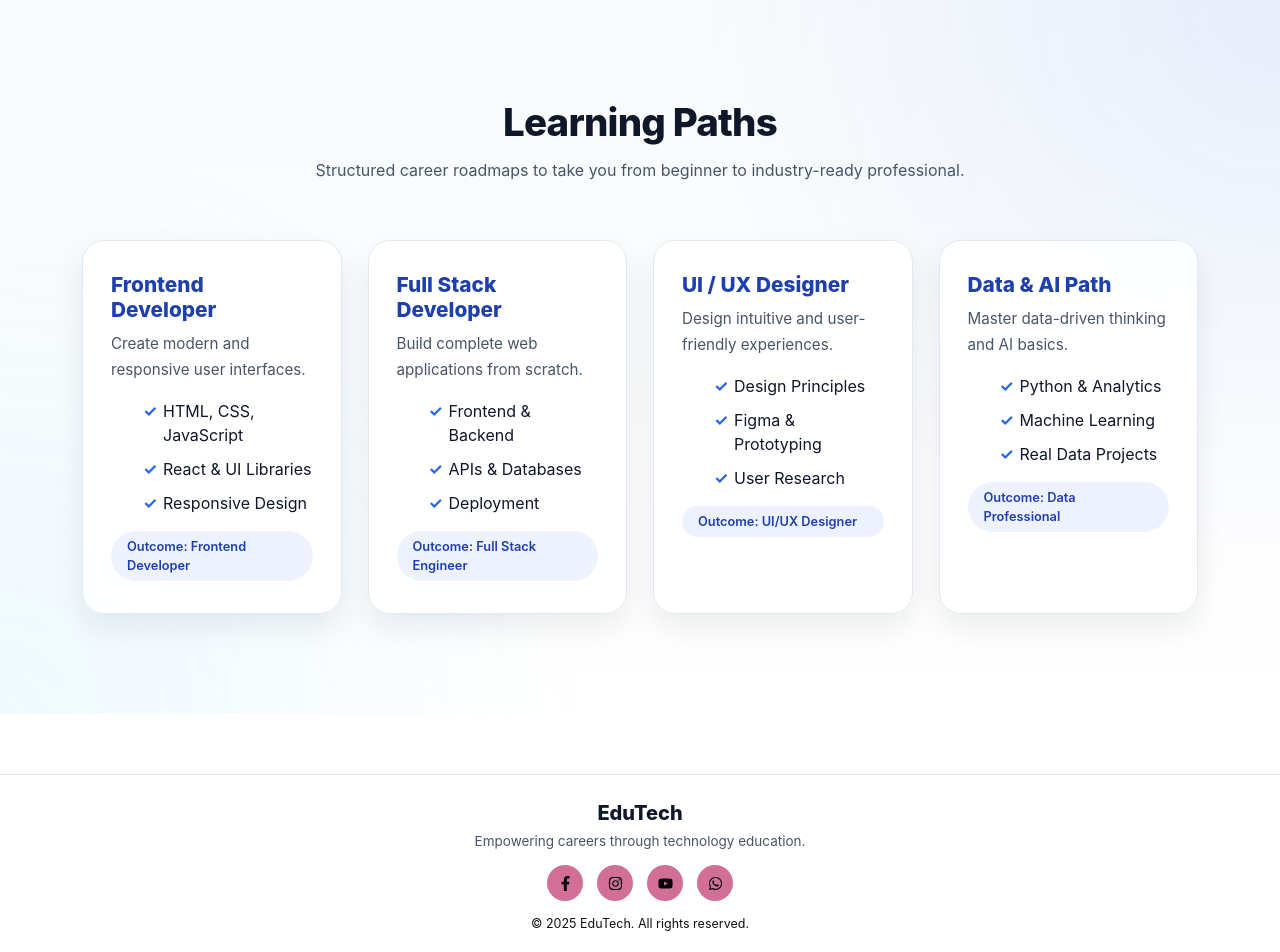
Repository: Aswin74k/project-2
Page: /
An editor plug-in stored every save of this project. The page is shown before and after the next save, followed by the edit.
The browser window is 1280 px wide. The pictures show the part of the page from y = 2045 to 2997 px (the page is 2997 px tall).
The project was rebuilt for these pictures with package versions that can differ from the ones it lists, and the page was loaded fresh each time. Also part of the build but not shown: vite.config.js, src/project/course.css, src/project/Course.jsx, src/project/About.css, src/project/About.jsx, src/project/Enroll.css, src/project/Enroll.jsx, src/project/contact.css and 2 more.

Above is the page before, as saved 2025-12-25 19:46:53.

### src/main.jsx
import React from "react";
import ReactDOM from "react-dom/client";
import { BrowserRouter } from "react-router-dom";
import App from "./project/App";
import { AuthProvider } from "./context/AuthContext"; // ✅ ADD THIS
import "bootstrap/dist/css/bootstrap.min.css";

ReactDOM.createRoot(document.getElementById("root")).render(
  <React.StrictMode>
    <BrowserRouter>
      <AuthProvider>
        <App />
      </AuthProvider>
    </BrowserRouter>
  </React.StrictMode>
);

### src/project/App.jsx
import React from "react";
import { Routes, Route } from "react-router-dom";

import EduNavbar from "./EduNavbar";
import Home from "./Home";
import Course from "./Course";
import About from "./About";
import Enroll from "./Enroll";
import Contact from "./Contact";
import ProtectedRoute from "./ProtectedRoute";

export default function App() {
  return (
    <>
      <EduNavbar />

      <Routes>
        <Route path="/" element={<Home />} />
        <Route path="/courses/:id" element={<Course />} />
        <Route path="/about" element={<About />} />
        <Route path="/Contact" element={<Contact />} />


        <Route
          path="/enroll"
          element={
            <ProtectedRoute>
              <Enroll />
            </ProtectedRoute>
          }
        />
      </Routes>

    </>
  );
}

### src/context/AuthContext.jsx
import { createContext, useContext, useState, useEffect } from "react";

const AuthContext = createContext();

export function AuthProvider({ children }) {
  const [user, setUser] = useState(null);
  const [loading, setLoading] = useState(true);

  useEffect(() => {
    const savedUser = JSON.parse(
      localStorage.getItem("loggedInUser")
    );
    if (savedUser) setUser(savedUser);
    setLoading(false);
  }, []);

  const login = (email, password) => {
    const users =
      JSON.parse(localStorage.getItem("registeredUsers")) || [];

    const foundUser = users.find(
      (u) => u.email === email && u.password === password
    );

    if (!foundUser) {
      return { success: false, message: "Invalid email or password" };
    }

    localStorage.setItem(
      "loggedInUser",
      JSON.stringify(foundUser)
    );
    setUser(foundUser);

    return {
      success: true,
      message: `Welcome back, ${foundUser.firstName}`,
    };
  };

  const signup = (data) => {
    const users =
      JSON.parse(localStorage.getItem("registeredUsers")) || [];

    if (users.some((u) => u.email === data.email)) {
      return {
        success: false,
        message: "User already exists with this email!",
      };
    }

    users.push(data);
    localStorage.setItem(
      "registeredUsers",
      JSON.stringify(users)
    );

    localStorage.setItem(
      "loggedInUser",
      JSON.stringify(data)
    );
    setUser(data);

    return {
      success: true,
      message: "Account created successfully",
    };
  };

  const logout = () => {
    localStorage.removeItem("loggedInUser");
    setUser(null);
  };

  return (
    <AuthContext.Provider
      value={{ user, login, signup, logout, loading }}
    >
      {children}
    </AuthContext.Provider>
  );
}

export const useAuth = () => useContext(AuthContext);

### src/project/Home.jsx
import React from "react";
import { Container, Row, Col, Card } from "react-bootstrap";
import { Link } from "react-router-dom";
import {
  FaGraduationCap,
  FaUsers,
  FaChalkboardTeacher,
  FaBriefcase,
  FaStar,
  FaFacebookF,
  FaInstagram,
  FaYoutube,
  FaWhatsapp
} from "react-icons/fa";
import "./Home.css";

export default function Home() {
  const courses = [
    {
      id: "fullstack",
      title: "Full Stack Development",
      level: "Beginner",
      duration: "6 Months",
      rating: "4.8",
      img: "https://encrypted-tbn0.gstatic.com/images?q=tbn:ANd9GcQPaNXGBezXv5c0v_XSQ6pqOScRBb2ShM3IWg&s",
    },
    {
      id: "mern",
      title: "MERN Stack Development",
      level: "Intermediate",
      duration: "5 Months",
      rating: "4.7",
      img: "https://images.prismic.io/loco-blogs/79328284-f97b-489f-924c-eb3b17e34b56_image2.png",
    },
    {
      id: "uiux",
      title: "UI / UX Design",
      level: "Beginner",
      duration: "4 Months",
      rating: "4.6",
      img: "https://www.almondsolutions.com/images/blog-ui-ux-150223.jpg",
    },
    {
      id: "datascience",
      title: "Data Science",
      level: "Advanced",
      duration: "6 Months",
      rating: "4.9",
      img: "https://bernardmarr.com/wp-content/uploads/2022/11/The-Top-5-Data-Science-And-Analytics-Trends-In-2023.jpg",
    },
    {
      id: "dataanalytics",
      title: "Data Analytics",
      level: "Beginner",
      duration: "4 Months",
      rating: "4.6",
      img: "https://blog.herzing.ca/hubfs/data%20analytics.jpg",
    },
    {
      id: "aiml",
      title: "AI & Machine Learning",
      level: "Advanced",
      duration: "6 Months",
      rating: "4.9",
      img: "https://www.jellyfishtechnologies.com/wp-content/uploads/2021/10/Artificial-Intelligence-versus-Machine-Learning.png",
    },
    {
      id: "cloud",
      title: "Cloud Computing",
      level: "Intermediate",
      duration: "4 Months",
      rating: "4.7",
      img: "https://bernardmarr.com/img/The%205%20Biggest%20Cloud%20Computing%20Trends%20In%202021.jpg",
    },
    {
      id: "devops",
      title: "DevOps Engineering",
      level: "Advanced",
      duration: "5 Months",
      rating: "4.8",
      img: "https://www.itrainu.in/wp-content/uploads/2021/03/DEVOPS-1.jpg",
    },
  ];

  return (
    <div className="home">

      {/* HERO */}
      <section className="hero-section">
        <Container>
          <div className="hero-content">
            <h1>
              Learn Future-Ready Skills with <span>EduTech</span>
            </h1>
            <p>
              Industry-aligned courses, real-world projects, and expert mentors
              to accelerate your career.
            </p>

            <div className="hero-actions">
              <Link to="/about" className="btn btn-outline-light btn-lg">
                Learn More
              </Link>
            </div>
          </div>
        </Container>
      </section>

      {/* STATS */}
      <section className="stats-section">
        <Container>
          <Row className="g-4">
            <Col md={3}><div className="stat-box"><FaUsers /><h3>25K+</h3><p>Learners</p></div></Col>
            <Col md={3}><div className="stat-box"><FaGraduationCap /><h3>8+</h3><p>Courses</p></div></Col>
            <Col md={3}><div className="stat-box"><FaChalkboardTeacher /><h3>50+</h3><p>Mentors</p></div></Col>
            <Col md={3}><div className="stat-box"><FaBriefcase /><h3>100+</h3><p>Projects</p></div></Col>
          </Row>
        </Container>
      </section>

      {/* COURSES */}
      <section className="courses-section">
        <Container>
          <h2 className="section-title">Popular Courses</h2>
          <Row>
            {courses.map((course) => (
              <Col lg={3} md={4} sm={6} key={course.id} className="mb-4">
                <Card className="course-card h-100">
                  <Card.Img src={course.img} className="course-img" />
                  <Card.Body>
                    <Card.Title>{course.title}</Card.Title>
                    <div className="course-meta">
                      <span>{course.level}</span>
                      <span>{course.duration}</span>
                    </div>
                    <div className="course-rating">
                      <FaStar /> {course.rating}
                    </div>
                    <Link to={`/courses/${course.id}`} className="btn btn-outline-primary w-100 mt-3">
                      View Details
                    </Link>
                  </Card.Body>
                </Card>
              </Col>
            ))}
          </Row>
        </Container>
      </section>
{/* LEARNING PATHS */}
<section className="paths-section">
  <div className="container">
    <h2 className="section-title">Learning Paths</h2>
    <p className="section-subtitle">
      Structured career roadmaps to take you from beginner to industry-ready professional.
    </p>

    <div className="paths-grid">
      <div className="path-card">
        <h4>Frontend Developer</h4>
        <p>Create modern and responsive user interfaces.</p>

        <ul>
          <li>HTML, CSS, JavaScript</li>
          <li>React & UI Libraries</li>
          <li>Responsive Design</li>
        </ul>

        <div className="path-outcome">Outcome: Frontend Developer</div>
      </div>

      <div className="path-card">
        <h4>Full Stack Developer</h4>
        <p>Build complete web applications from scratch.</p>

        <ul>
          <li>Frontend & Backend</li>
          <li>APIs & Databases</li>
          <li>Deployment</li>
        </ul>

        <div className="path-outcome">Outcome: Full Stack Engineer</div>
      </div>

      <div className="path-card">
        <h4>UI / UX Designer</h4>
        <p>Design intuitive and user-friendly experiences.</p>

        <ul>
          <li>Design Principles</li>
          <li>Figma & Prototyping</li>
          <li>User Research</li>
        </ul>

        <div className="path-outcome">Outcome: UI/UX Designer</div>
      </div>

      <div className="path-card">
        <h4>Data & AI Path</h4>
        <p>Master data-driven thinking and AI basics.</p>

        <ul>
          <li>Python & Analytics</li>
          <li>Machine Learning</li>
          <li>Real Data Projects</li>
        </ul>

        <div className="path-outcome">Outcome: Data Professional</div>
      </div>
    </div>
  </div>
</section>



      {/* FOOTER */}
      <footer className="footer">
        <Container className="text-center">
          <h3 className="footer-logo">EduTech</h3>
          <p className="footer-tagline">
            Empowering careers through technology education.
          </p>

          <div className="footer-social">
            <a className="fb"><FaFacebookF /></a>
            <a className="ig"><FaInstagram /></a>
            <a className="yt"><FaYoutube /></a>
            <a className="wa"><FaWhatsapp /></a>
          </div>

          <p className="copy">© 2025 EduTech. All rights reserved.</p>
        </Container>
      </footer>

    </div>
  );
}

### src/project/Navbar.css
/* ================= ROOT VARIABLES ================= */
:root {
  --primary: #111827;
  --primary-soft: rgba(17, 24, 39, 0.08);
  --danger: #ef4444;
  --success: #22c55e;

  --text-dark: #000000;
  --text-muted: #6b7280;

  --border-light: #e5e7eb;
  --bg-white: #ffffff;
}

/* ================= NAVBAR ================= */
.navbar {
  background: var(--bg-white);
  padding: 14px 0;
  border-bottom: 1px solid var(--border-light);
  transition: all 0.3s ease;
  z-index: 1000;
}

.navbar-scrolled {
  box-shadow: 0 10px 30px rgba(0, 0, 0, 0.08);
}

/* ================= BRAND ================= */
.navbar-brand {
  font-size: 1.8rem;
  font-weight: 900;
  letter-spacing: -0.5px;

  background: linear-gradient(90deg, #2563eb, #38bdf8);

  background-clip: text;              /* standard */
  -webkit-background-clip: text;      /* safari/chrome */
  -webkit-text-fill-color: transparent;

  transition: all 0.25s ease;
}

/* Optional hover (subtle, classy) */
.navbar-brand:hover {
  transform: translateY(-1px);
  filter: brightness(1.1);
}



/* ================= NAV LINKS ================= */
.navbar-nav .nav-link {
  color: var(--text-dark) !important;
  font-weight: 600;
  font-size: 0.95rem;
  padding: 8px 14px;
  position: relative;
}

.navbar-nav .nav-link::after {
  content: "";
  position: absolute;
  left: 50%;
  bottom: 2px;
  width: 0;
  height: 2px;
  background: var(--text-dark);
  transform: translateX(-50%);
  transition: width 0.3s ease;
}

.navbar-nav .nav-link:hover::after {
  width: 70%;
}

/* ================= SEARCH ================= */
.custom-search {
  position: relative;
  width: 210px;
}

.custom-search input {
  width: 100%;
  padding: 10px 42px 10px 16px;
  border-radius: 999px;
  border: 1px solid var(--border-light);
  background: #e4e5e6;
  font-size: 0.9rem;
}

.custom-search svg {
  position: absolute;
  right: 14px;
  top: 50%;
  transform: translateY(-50%);
  color: var(--text-muted);
}

/* ================= USER ================= */
.username {
  background: var(--primary-soft);
  color: var(--text-dark);
  padding: 6px 14px;
  border-radius: 999px;
  font-size: 0.85rem;
  font-weight: 600;
}

.user-icon {
  font-size: 22px;
  color: var(--text-dark);
  cursor: pointer;
}

/* ================= LOGOUT ICON ================= */
.logout-icon {
  font-size: 24px;
  color: var(--text-dark);
  cursor: pointer;
}

.logout-icon:hover {
  color: var(--danger);
}

/* ================= MODALS ================= */
.modal-content {
  border-radius: 22px;
  border: none;
  box-shadow: 0 30px 90px rgba(0, 0, 0, 0.25);
  padding: 20px;
}

.modal-header {
  border-bottom: 1px solid var(--border-light);
}

.modal-title {
  font-weight: 700;
}

.modal-body {
  padding: 28px 32px 32px;
}

/* ================= AUTH INPUT (IMAGE MATCHED) ================= */
.auth-input {
  width: 100%;
  height: 56px;
  border-radius: 16px;
  border: 1.5px solid #d1d5db;
  padding: 14px 18px;
  font-size: 1rem;
  margin-bottom: 18px;
  background: #ffffff;
}

.auth-input:focus {
  outline: none;
  border-color: #6366f1;
  box-shadow: 0 0 0 2px rgba(99, 102, 241, 0.25);
}

/* ================= PASSWORD ================= */
.password-wrapper {
  position: relative;
}

.password-wrapper span {
  position: absolute;
  right: 18px;
  top: 40%;
  transform: translateY(-50%);
  font-size: 18px;
  color: var(--text-muted);
  cursor: pointer;
}

/* ================= NAME ROW (SIGNUP) ================= */
.name-row {
  display: grid;
  grid-template-columns: 1fr 1fr;
  gap: 18px;
  margin-bottom: 18px;
}

/* ================= AUTH BUTTON ================= */
.auth-btn {
  width: 100%;
  height: 56px;
  border-radius: 16px;
  background: var(--text-dark);
  border: none;
  color: #fff;
  font-size: 1.05rem;
  font-weight: 600;
  margin-top: 8px;
}

.auth-btn:hover {
  opacity: 0.9;
}

/* ================= AUTH FOOTER ================= */
.auth-footer {
  margin-top: 16px;
  text-align: center;
  font-size: 0.9rem;
  color: var(--text-muted);
}

.auth-footer span {
  color: var(--text-dark);
  font-weight: 600;
  cursor: pointer;
}

/* ================= LOGOUT MODAL ================= */
.logout-modal .logout-icon-wrapper {
  width: 64px;
  height: 64px;
  background: rgba(0, 0, 0, 0.08);
  color: var(--danger);
  border-radius: 50%;
  display: flex;
  align-items: center;
  justify-content: center;
  font-size: 28px;
  margin: 0 auto 16px;
}

.logout-actions {
  display: flex;
  gap: 14px;
  justify-content: center;
}

.logout-cancel {
  padding: 10px 22px;
  border-radius: 14px;
  border: 2px solid var(--text-dark);
  background: transparent;
  font-weight: 600;
}

.logout-confirm {
  padding: 10px 22px;
  border-radius: 14px;
  background: var(--danger);
  border: none;
  color: #fff;
  font-weight: 600;
}

/* ================= MOBILE ================= */
@media (max-width: 768px) {
  .navbar-collapse {
    background: #ffffff;
    padding: 18px;
    border-radius: 16px;
    margin-top: 10px;
  }

  .custom-search {
    width: 100%;
    margin-top: 12px;
  }

  .name-row {
    grid-template-columns: 1fr;
  }
}

/* ================= AUTH MESSAGES (FINAL POLISH) ================= */
.modal-message {
  padding: 14px 18px;
  border-radius: 14px;
  font-size: 0.9rem;
  font-weight: 600;
  text-align: center;
  margin-bottom: 18px;
  line-height: 1.4;
  animation: messageFade 0.25s ease-in-out;
}

/* SUCCESS */
.modal-message.success {
  background: rgba(34, 197, 94, 0.14);
  color: #15803d;
  border: 1.5px solid rgba(34, 197, 94, 0.35);
}

/* ERROR */
.modal-message.error {
  background: rgba(239, 68, 68, 0.14);
  color: #b91c1c;
  border: 1.5px solid rgba(239, 68, 68, 0.35);
}

/* subtle animation */
@keyframes messageFade {
  from {
    opacity: 0;
    transform: translateY(-6px);
  }
  to {
    opacity: 1;
    transform: translateY(0);
  }
}

### src/project/Home.css
/* =========================
   DESIGN TOKENS
========================= */
:root {
  --primary: #2563eb;
  --primary-dark: #1e40af;
  --accent: #38bdf8;

  --text-main: #0f172a;
  --text-muted: #475569;

  --bg-light: #f8fafc;
  --glass: rgba(255, 255, 255, 0.92);

  --radius-lg: 22px;
  --radius-md: 14px;

  --shadow-soft: 0 14px 30px rgba(15, 23, 42, 0.08);
  --shadow-strong: 0 28px 60px rgba(15, 23, 42, 0.16);
}

/* =========================
   BASE
========================= */
.home {
  font-family: "Inter", "Segoe UI", system-ui, sans-serif;
  color: var(--text-main);
  background: #ffffff;
  overflow-x: hidden;
}

/* =========================
   SECTION HEADINGS
========================= */
.section-title {
  text-align: center;
  font-size: clamp(2rem, 3vw, 2.5rem);
  font-weight: 800;
  letter-spacing: -0.02em;
  margin-bottom: 12px;
}

.section-subtitle {
  text-align: center;
  max-width: 720px;
  margin: 0 auto 56px;
  font-size: 1rem;
  color: var(--text-muted);
  line-height: 1.7;
}

/* =========================
   HERO SECTION
========================= */
.hero-section {
  min-height: 95vh;
  background:
    linear-gradient(120deg, rgba(15, 23, 42, 0.92), rgba(15, 23, 42, 0.85)),
    url("https://images.unsplash.com/photo-1523240795612-9a054b0db644");
  background-size: cover;
  background-position: center;
  display: flex;
  align-items: center;
}

.hero-content {
  max-width: 860px;
  margin: auto;
  text-align: center;
  color: #ffffff;
}

.hero-content h1 {
  font-size: clamp(2.4rem, 4vw, 3.3rem);
  font-weight: 900;
  line-height: 1.15;
  margin-bottom: 20px;
}

.hero-content span {
  background: linear-gradient(90deg, var(--accent), var(--primary));
  background-clip: text;
  -webkit-background-clip: text;
  -webkit-text-fill-color: transparent;
}

.hero-content p {
  font-size: 1.1rem;
  line-height: 1.8;
  color: #e5e7eb;
  margin-bottom: 38px;
}

.hero-actions {
  display: flex;
  justify-content: center;
  gap: 18px;
}

.hero-actions .btn {
  padding: 12px 32px;
  font-size: 15.5px;
  border-radius: 999px;
  font-weight: 600;
  transition: all 0.3s ease;
}

.hero-actions .btn-primary {
  background: linear-gradient(135deg, var(--primary), var(--accent));
  border: none;
}

.hero-actions .btn-primary:hover {
  transform: translateY(-2px);
  box-shadow: var(--shadow-soft);
}

.hero-actions .btn-outline-light:hover {
  background: rgba(255, 255, 255, 0.12);
}

/* =========================
   STATS SECTION
========================= */
.stats-section {
  padding: 80px 0;
  background: linear-gradient(180deg, #f8fafc, #ffffff);
}

.stat-box {
  background: #ffffff;
  border-radius: var(--radius-md);
  padding: 32px 18px;
  text-align: center;
  box-shadow: var(--shadow-soft);
  transition: box-shadow 0.3s ease;
}

.stat-box:hover {
  box-shadow: var(--shadow-strong);
}

.stat-box svg {
  font-size: 38px;
  color: var(--primary);
  margin-bottom: 12px;
}

.stat-box h3 {
  font-size: 30px;
  font-weight: 800;
  margin-bottom: 4px;
}

.stat-box p {
  font-size: 14px;
  color: var(--text-muted);
}

/* =========================
   COURSES
========================= */
.courses-section {
  padding: 90px 0;
}

.course-card {
  border-radius: var(--radius-lg);
  overflow: hidden;
  background: #ffffff;
  box-shadow: var(--shadow-soft);
  transition: box-shadow 0.3s ease;
}

.course-card:hover {
  box-shadow: var(--shadow-strong);
}

.course-img {
  height: 180px;
  object-fit: cover;
}

.course-card .card-body {
  padding: 22px;
}

.course-card .card-title {
  font-size: 16.5px;
  font-weight: 700;
  margin-bottom: 8px;
}

.course-meta {
  display: flex;
  justify-content: space-between;
  font-size: 13px;
  color: #64748b;
  margin-bottom: 10px;
}

.course-rating {
  display: flex;
  align-items: center;
  gap: 6px;
  color: hsl(48, 96%, 53%);
}


.course-card .btn {
  border-radius: 999px;
  font-weight: 600;
}

/* =========================
   CAREER PATHS
========================= */
.paths-section {
  padding: 100px 0;
  background:
    radial-gradient(circle at top right, rgba(37, 99, 235, 0.08), transparent 40%),
    radial-gradient(circle at bottom left, rgba(56, 189, 248, 0.08), transparent 40%),
    linear-gradient(180deg, #f8fafc, #ffffff);
}

.paths-grid {
  display: grid;
  grid-template-columns: repeat(4, 1fr);
  gap: 26px;
}

.path-card {
  background: var(--glass);
  border-radius: var(--radius-lg);
  padding: 32px 28px;
  box-shadow: var(--shadow-soft);
  backdrop-filter: blur(12px);
  border: 1px solid #e2e8f0;
  transition: box-shadow 0.3s ease, border-color 0.3s ease;
}

.path-card:hover {
  box-shadow: var(--shadow-strong);
  border-color: rgba(37, 99, 235, 0.3);
}

.path-card h4 {
  font-size: 1.3rem;
  font-weight: 800;
  color: var(--primary-dark);
}

.path-card p {
  font-size: 0.95rem;
  color: var(--text-muted);
  line-height: 1.7;
}

.path-card ul li {
  list-style: none;
  margin-bottom: 10px;
  padding-left: 20px;
  position: relative;
}

.path-card ul li::before {
  content: "✓";
  position: absolute;
  left: 0;
  color: var(--primary);
  font-weight: 700;
}

.path-outcome {
  margin-top: 14px;
  padding: 6px 16px;
  border-radius: 999px;
  font-size: 0.8rem;
  font-weight: 600;
  background: #eef2ff;
  color: var(--primary-dark);
}

/* =========================
   FOOTER (FULL WHITE)
========================= */
.footer {
  background: #ffffff;
  color: #0f172a;
  padding: 26px 0 18px;
  margin-top: 60px;
  border-top: 1px solid #e5e7eb;
}

.footer-logo {
  font-size: 20px;
  font-weight: 800;
  color: #0f172a;
  margin-bottom: 6px;
}

.footer-tagline {
  font-size: 13.5px;
  color: #475569;
  margin-bottom: 14px;
}

.footer-social {
  display: flex;
  justify-content: center;
  gap: 14px;
  margin-bottom: 14px;
}

/* KEEP ICON COLORS SAME */
.footer-social a {
  background-color: rgb(210, 111, 150);
  width: 36px;
  height: 36px;
  border-radius: 50%;
  display: flex;
  align-items: center;
  justify-content: center;
  color: #060505;
  font-size: 15px;
  transition: transform 0.25s ease;
}

.footer-social a:hover {
  transform: translateY(-2px);
}

.copy {
  font-size: 12.5px;
  color: #0f1115;
  margin: 0;
}

/* =========================
   RESPONSIVE
========================= */
@media (max-width: 1200px) {
  .paths-grid { grid-template-columns: repeat(3, 1fr); }
}

@media (max-width: 992px) {
  .paths-grid { grid-template-columns: repeat(2, 1fr); }
}

@media (max-width: 576px) {
  .paths-grid { grid-template-columns: 1fr; }
  .hero-actions { flex-direction: column; }
}

Loaded but not shown: index.html (common file); src/project/EduNavbar.jsx (341 lines, source omitted)

After the next save:
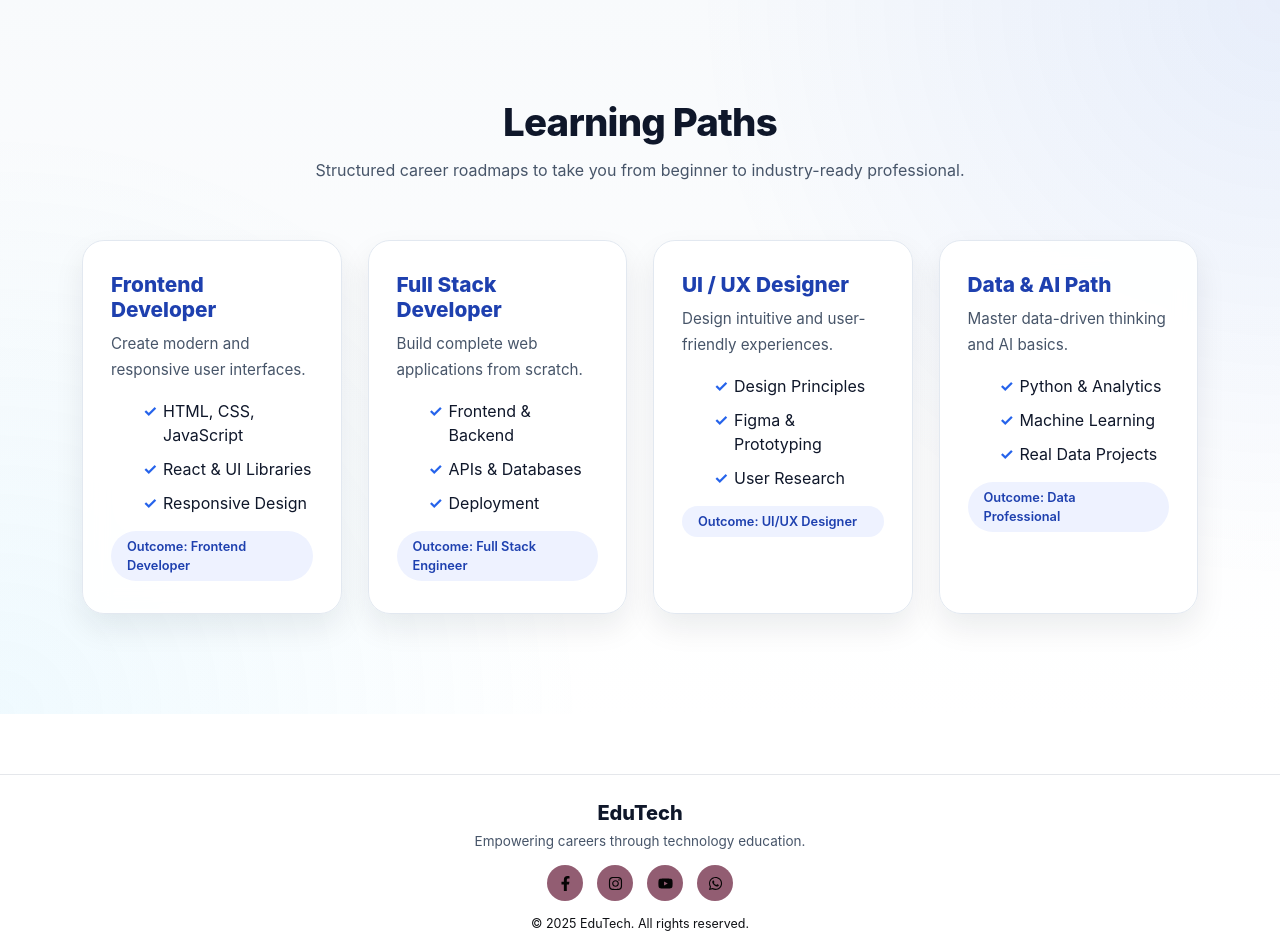
Saved 8 s later.
--- a/src/project/Home.css
+++ b/src/project/Home.css
@@ -314,7 +314,7 @@
 
 /* KEEP ICON COLORS SAME */
 .footer-social a {
-  background-color: rgb(210, 111, 150);
+  background-color: rgb(146, 93, 114);
   width: 36px;
   height: 36px;
   border-radius: 50%;
